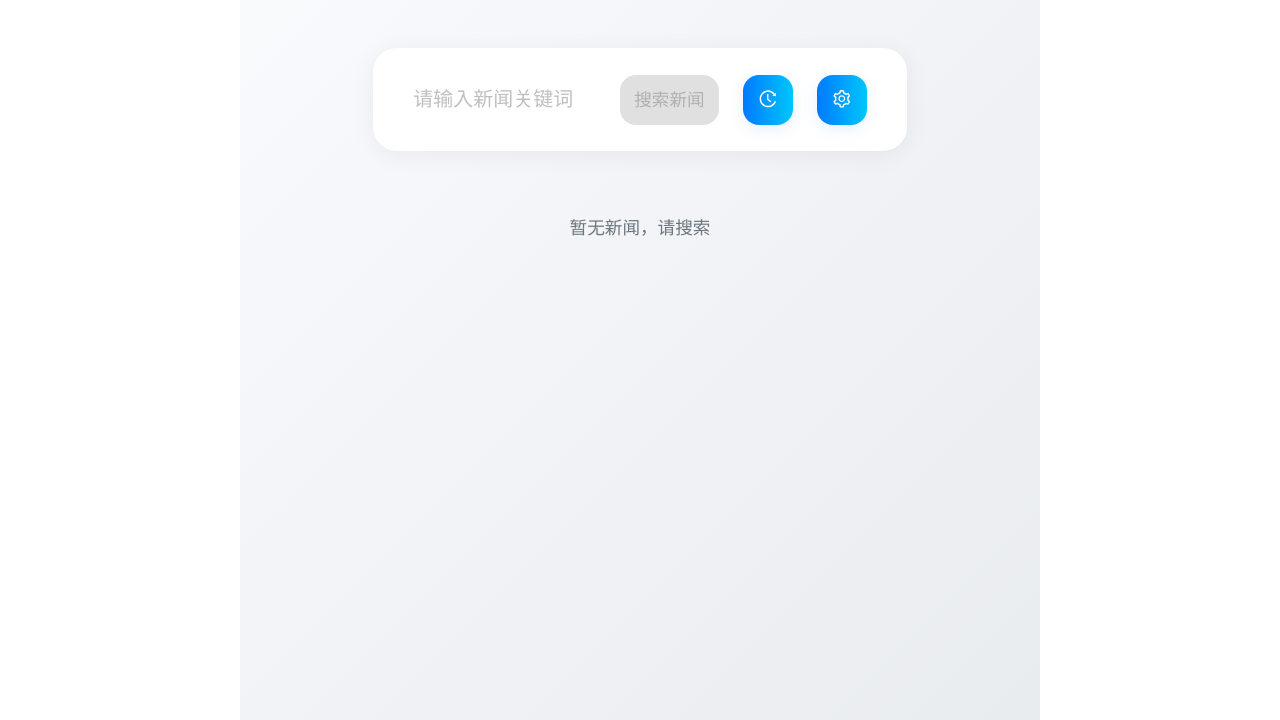
Repository: XJN7197/NewsAssistantBaseMCP
Page: / (app in frontend/)
An editor plug-in stored every save of this project. The page is shown before and after the next save, followed by the edit.
The browser window is 1280 px wide. The pictures show the whole page.
The project was rebuilt for these pictures with package versions that can differ from the ones it lists, and the page was loaded fresh each time. Also part of the build but not shown: frontend/vite.config.ts.

Above is the page before, as saved 2025-05-23 18:36:17.

After the next save:
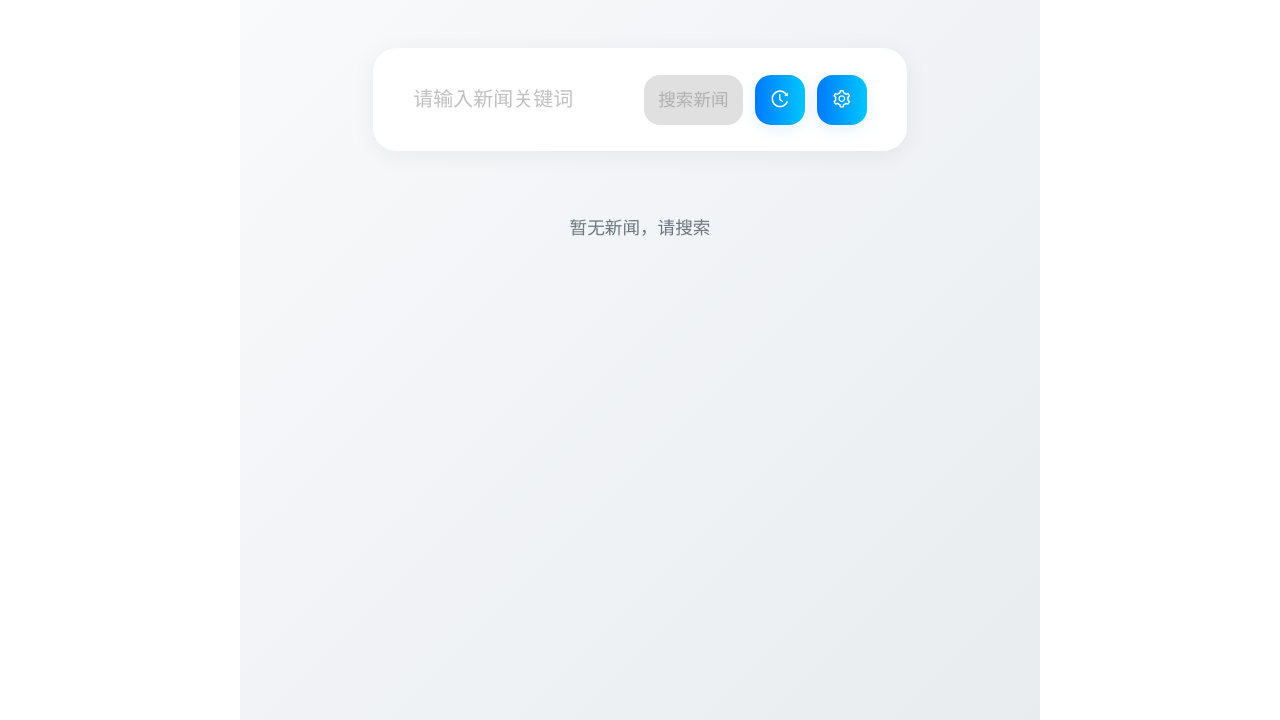
Saved 14 s later.
--- a/frontend/src/pages/Home.module.css
+++ b/frontend/src/pages/Home.module.css
@@ -13,7 +13,7 @@
   display: flex;
   justify-content: flex-end; /* 右对齐 */
   align-items: center;
-  gap: 24px; /* 固定间距 */
+  gap: 12px; /* 固定间距 */
   position: sticky;
   top: 0;
   z-index: 1;
